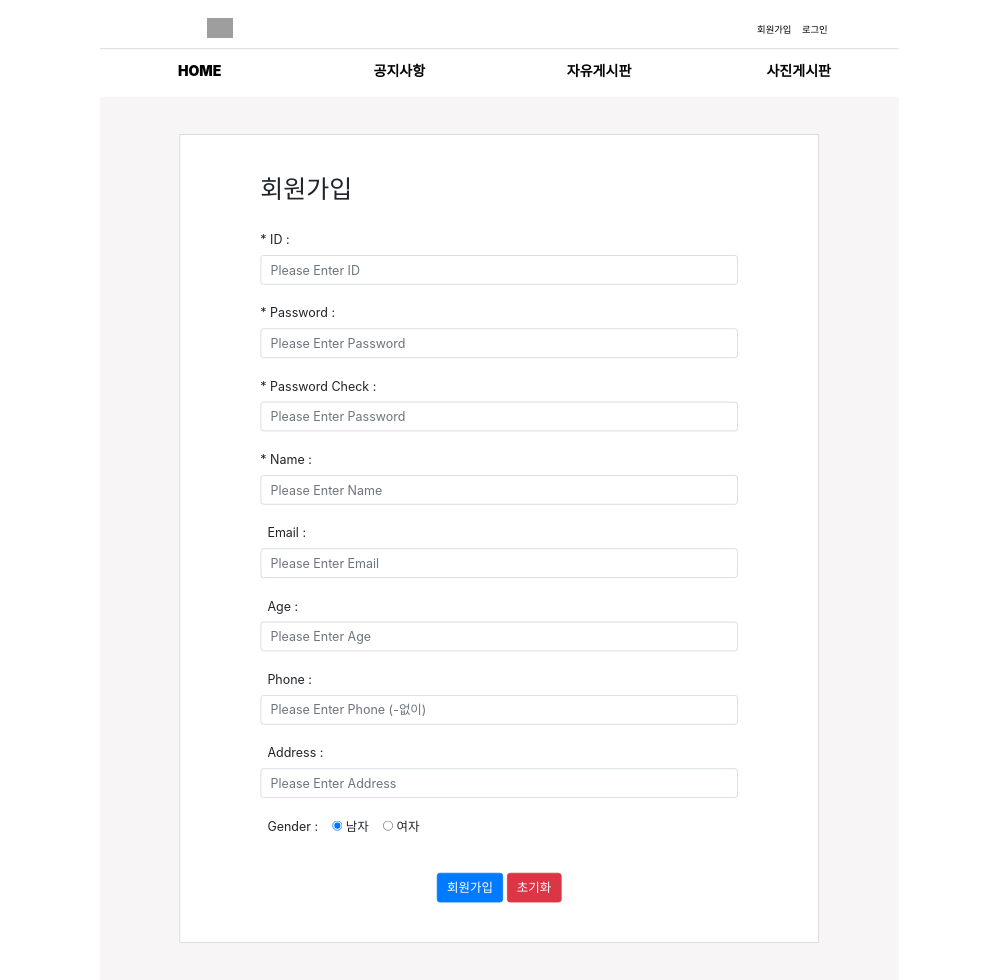
Repository: soma-kim/Spring
Page: http://localhost/Spring_Project/WEB-INF/views/member/memberEnrollForm.jsp
An editor plug-in stored every save of this project. The page is shown before and after the next save, followed by the edit.
The browser window is 1280 px wide. The pictures show the whole page, at 78% of full size.
Pictures or frames that could not be fetched are drawn as grey boxes. The page is served by Tomcat 9. Nobody is signed in. Other server files are loaded and not shown. The template is opened directly, without the code that normally fills it, so the values that code supplies are empty.

Above is the page before, as saved 2022-11-18 02:47:20.

### Spring_Project/src/main/webapp/WEB-INF/views/member/memberEnrollForm.jsp
<%@ page language="java" contentType="text/html; charset=UTF-8"
    pageEncoding="UTF-8"%>
<!DOCTYPE html>
<html>
<head>
<meta charset="UTF-8">
<title>Insert title here</title>
</head>
<body>

    <!-- 메뉴바 -->
    <jsp:include page="../common/header.jsp" />

    <div class="content">
        <br><br>
        <div class="innerOuter">
            <h2>회원가입</h2>
            <br>

            <form action="" method="post">
                <div class="form-group">
                    <label for="userId">* ID : </label>
                    <input type="text" class="form-control" id="userId" placeholder="Please Enter ID" name="" required> <br>

                    <label for="userPwd">* Password : </label>
                    <input type="password" class="form-control" id="userPwd" placeholder="Please Enter Password" name="" required> <br>

                    <label for="checkPwd">* Password Check : </label>
                    <input type="password" class="form-control" id="checkPwd" placeholder="Please Enter Password" required> <br>

                    <label for="userName">* Name : </label>
                    <input type="text" class="form-control" id="userName" placeholder="Please Enter Name" name="" required> <br>

                    <label for="email"> &nbsp; Email : </label>
                    <input type="text" class="form-control" id="email" placeholder="Please Enter Email" name=""> <br>

                    <label for="age"> &nbsp; Age : </label>
                    <input type="number" class="form-control" id="age" placeholder="Please Enter Age" name=""> <br>

                    <label for="phone"> &nbsp; Phone : </label>
                    <input type="tel" class="form-control" id="phone" placeholder="Please Enter Phone (-없이)" name=""> <br>

                    <label for="address"> &nbsp; Address : </label>
                    <input type="text" class="form-control" id="address" placeholder="Please Enter Address" name=""> <br>

                    <label for=""> &nbsp; Gender : </label> &nbsp;&nbsp;
                    <input type="radio" id="Male" value="M" name="" checked>
                    <label for="Male">남자</label> &nbsp;&nbsp;
                    <input type="radio" id="Female" value="F" name="">
                    <label for="Female">여자</label> &nbsp;&nbsp;
                </div>
                <br>
                <div class="btns" align="center">
                    <button type="submit" class="btn btn-primary">회원가입</button>
                    <button type="reset" class="btn btn-danger">초기화</button>
                </div>
            </form>
        </div>
        <br><br>

    </div>

    <!-- 푸터바 -->
    <jsp:include page="" />

</body>
</html>

### Spring_Project/src/main/webapp/WEB-INF/views/common/header.jsp
<%@ page language="java" contentType="text/html; charset=UTF-8"
    pageEncoding="UTF-8"%>
<%@ taglib prefix="c" uri="http://java.sun.com/jsp/jstl/core" %>
<!DOCTYPE html>
<html>
<head>
    <meta charset="UTF-8">
    <title>Document</title>
    <!-- jQuery 라이브러리 -->
    <script src="https://ajax.googleapis.com/ajax/libs/jquery/3.4.1/jquery.min.js"></script>
    <!-- 부트스트랩에서 제공하고 있는 스타일 -->
    <link rel="stylesheet" href="https://maxcdn.bootstrapcdn.com/bootstrap/4.5.2/css/bootstrap.min.css">
    <!-- 부트스트랩에서 제공하고 있는 스크립트 -->
    <script src="https://maxcdn.bootstrapcdn.com/bootstrap/4.5.2/js/bootstrap.min.js"></script>
    <style>
        div {box-sizing:border-box;}
        #header {
            width:80%;
            height:100px;
            padding-top:20px;
            margin:auto;
        }
        #header>div {width:100%; margin-bottom:10px;}
        #header_1 {height:40%;}
        #header_2 {height:60%;}

        #header_1>div{
            height:100%;
            float:left;
        }
        #header_1_left {width:30%; position:relative;}
        #header_1_center {width:40%;}
        #header_1_right {width:30%;}

        #header_1_left>img {height:80%; position:absolute; margin:auto; top:0px; bottom:0px; right:0px; left:0px;}
        #header_1_right {text-align:center; line-height:35px; font-size:12px; text-indent:35px;}
        #header_1_right>a {margin:5px;}
        #header_1_right>a:hover {cursor:pointer;}

        #header_2>ul {width:100%; height:100%; list-style-type:none; margin:auto; padding:0;}
        #header_2>ul>li {float:left; width:25%; height:100%; line-height:55px; text-align:center;}
        #header_2>ul>li a {text-decoration:none; color:black; font-size:18px; font-weight:900;}

        #header_2 {border-top:1px solid lightgray;}

        #header a {text-decoration:none; color:black;}

        /* 세부페이지마다 공통적으로 유지할 style */
        .content {
            background-color:rgb(247, 245, 245);
            width:80%;
            margin:auto;
        }
        .innerOuter {
            border:1px solid lightgray;
            width:80%;
            margin:auto;
            padding:5% 10%;
            background-color:white;
        }

    </style>
</head>
<body>

    <div id="header">
        <div id="header_1">
            <div id="header_1_left">
                <img src="https://www.iei.or.kr/resources/images/common/top_logo_s.jpg" alt="">
            </div>
            <div id="header_1_center"></div>
            <div id="header_1_right">
                <c:choose>
                	<c:when test="${ empty loginUser }">
		                <!-- 로그인 전 -->
		                <a href="">회원가입</a>
		                <a data-toggle="modal" data-target="#loginModal">로그인</a>
		                <!-- 모달의 원리 : 이 버튼 클릭시 data-targer에 제시되어있는 해당 아이디의 div요소를 띄워줌 -->
                	</c:when>
                	<c:otherwise>
		                <!-- 로그인 후 -->
	                    <label>${ loginUser.userName }님 환영합니다</label> &nbsp;&nbsp;
	                    <a href="">마이페이지</a>
	                    <a href="logout.me">로그아웃</a>
                	</c:otherwise>
                </c:choose>
            </div>
        </div>
        <div id="header_2">
            <ul>
                <li><a href="">HOME</a></li>
                <li><a href="">공지사항</a></li>
                <li><a href="">자유게시판</a></li>
                <li><a href="">사진게시판</a></li>
            </ul>
        </div>
    </div>

    <!-- 로그인 클릭 시 뜨는 모달 (기존에는 안보이다가 위의 a 클릭 시 보임) -->
    <div class="modal fade" id="loginModal">
        <div class="modal-dialog modal-sm">
            <div class="modal-content">
                <!-- Modal Header -->
                <div class="modal-header">
                    <h4 class="modal-title">Login</h4>
                    <button type="button" class="close" data-dismiss="modal">&times;</button>
                </div>

                <form action="login.me" method="post">
                    <!-- Modal body -->
                    <div class="modal-body">
                        <label for="userId" class="mr-sm-2">ID : </label>
                        <input type="text" class="form-control mb-2 mr-sm-2" placeholder="Enter ID" id="userId" name="userId"> <br>
                        <label for="userPwd" class="mr-sm-2">Password : </label>
                        <input type="password" class="form-control mb-2 mr-sm-2" placeholder="Enter Password" id="userPwd" name="userPwd">
                    </div>

                    <!-- Modal footer -->
                    <div class="modal-footer">
                        <button type="submit" class="btn btn-primary">로그인</button>
                        <button type="button" class="btn btn-danger" data-dismiss="modal">취소</button>
                    </div>
                </form>
            </div>
        </div>

    </div>

    <br clear="both">
</body>
</html>

### Spring_Project/src/main/webapp/WEB-INF/views/common/footer.jsp
<%@ page language="java" contentType="text/html; charset=UTF-8"
    pageEncoding="UTF-8"%>
<!DOCTYPE html>
<html>
<head>
    <meta charset="UTF-8">
    <title>Document</title>
    <style>
        /* div{border:1px solid red;} */
        #footer {
            width:80%;
            height:200px;
            margin:auto;
            margin-top:50px;
        }
        #footer-1 {
            width:100%;
            height:20%;
            border-top:1px solid lightgray;
            border-bottom:1px solid lightgray;
        }
        #footer-2 {width:100%; height:80%;}
        #footer-1, #footer-2 {padding-left:50px;}
        #footer-1>a {
            text-decoration:none;
            font-weight:600;
            margin:10px;
            line-height:40px;
            color:black;
        }
        #footer-2>p {
            margin:0;
            padding:10px;
            font-size:13px;
        }
        #p2 {text-align:center;}
    </style>
</head>
<body>
    <div id="footer">
        <div id="footer-1">
            <a href="#">이용약관</a> |
            <a href="#">개인정보취급방침</a> |
            <a href="#">인재채용</a> |
            <a href="#">고객센터</a>
        </div>

        <div id="footer-2">
            <p id="p1">
                강남지원 1관 : 서울특별시 강남구 테헤란로14길 6 남도빌딩 2F, 3F, 4F, 5F, 6F <br>
                강남지원 2관 : 서울특별시 강남구 테헤란로10길 9 그랑프리 빌딩 4F, 5F, 7F <br>
                강남지원 3관 : 서울특별시 강남구 테헤란로 130 호산빌딩 5F, 6F <br>
                종로지원 : 서울특별시 중구 남대문로 120 대일빌딩 2F, 3F <br>
                당산지원 : 서울특별시 영등포구 선유동2로 57 이레빌딩 (구관) 19F, 20F
            </p>
            <p id="p2">Copyright © 1998-2022 KH Information Educational Institute All Right Reserved</p>
        </div>
    </div>
</body>
</html>

After the next save:
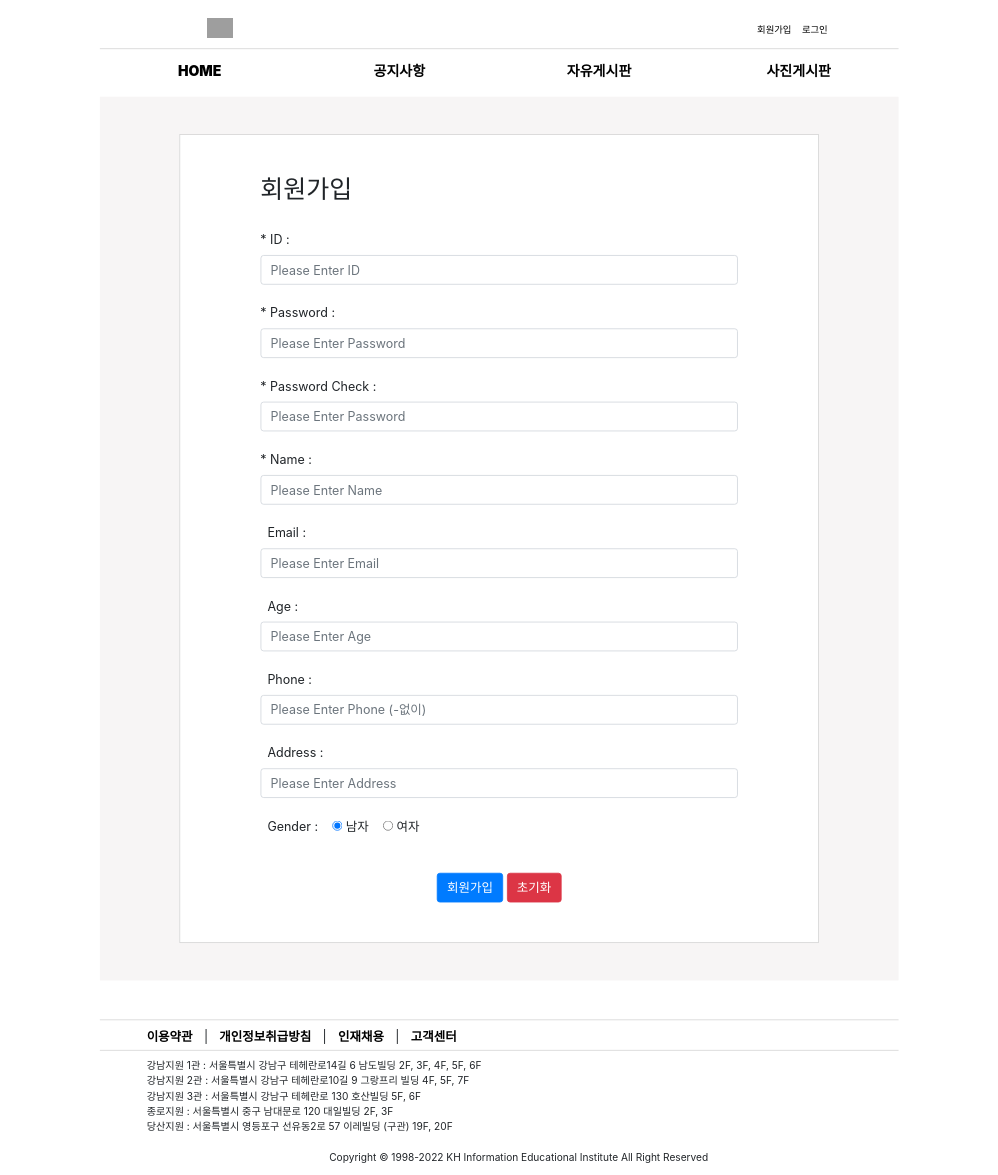
Saved 10 s later.
--- a/Spring_Project/src/main/webapp/WEB-INF/views/member/memberEnrollForm.jsp
+++ b/Spring_Project/src/main/webapp/WEB-INF/views/member/memberEnrollForm.jsp
@@ -61,7 +61,7 @@
     </div>
 
     <!-- 푸터바 -->
-    <jsp:include page="" />
+    <jsp:include page="../common/footer.jsp" />
 
 </body>
 </html>
